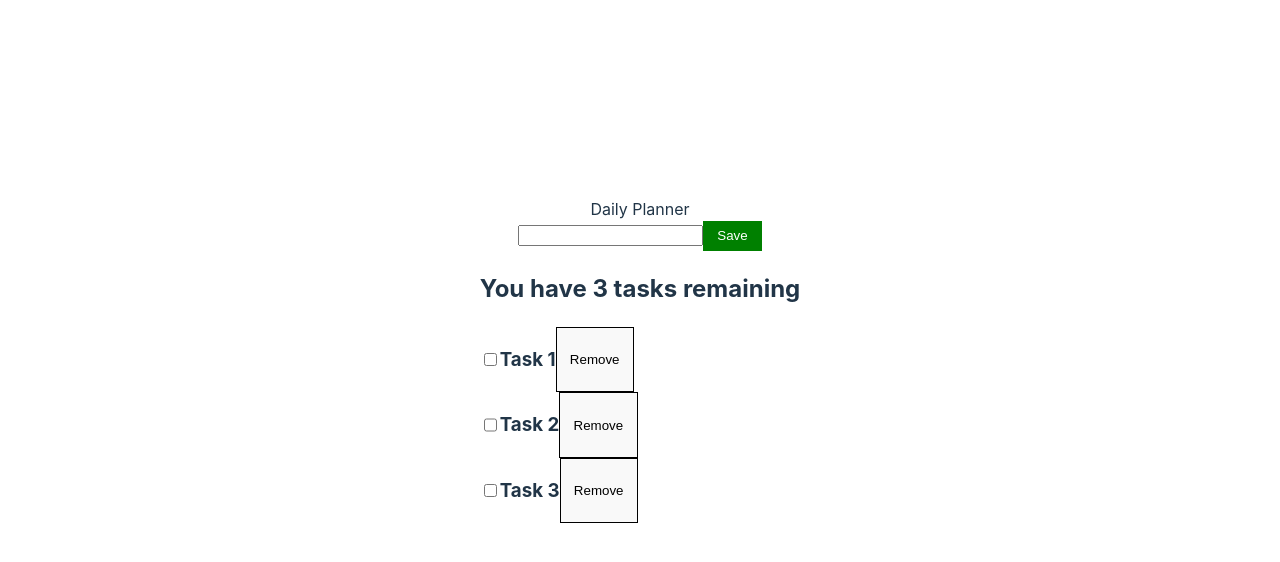
Repository: SamanthaYan298/my_planner
Page: /
An editor plug-in stored every save of this project. The page is shown before and after the next save, followed by the edit.
The browser window is 1280 px wide. The pictures show the whole page.
The project was rebuilt for these pictures with package versions that can differ from the ones it lists, and the page was loaded fresh each time. Also part of the build but not shown: vite.config.js.

Above is the page before, as saved 2024-10-07 17:00:26.

### src/App.jsx
import { useState } from 'react'
import './App.css'

function App() {

  return (
    <>
      <header>Daily Planner</header>
      <form>
        <input
          type="text"
        />
        <button className='form-btn'>Save</button>
      </form>
      <h2>You have 3 tasks remaining</h2>
      <div>
        <div className='task-list'>
          <input type="checkbox" />
          <h3>Task 1</h3>
          <button className='task-btn'>Remove</button>
        </div>

        <div className='task-list'>
          <input type="checkbox" />
          <h3>Task 2</h3>
          <button className='task-btn'>Remove</button>
        </div>

        <div className='task-list'>
          <input type="checkbox" />
          <h3>Task 3</h3>
          <button className='task-btn'>Remove</button>
        </div>
      </div>
    </>
  )
}

export default App

### src/index.css
:root {
  font-family: Inter, system-ui, Avenir, Helvetica, Arial, sans-serif;
  line-height: 1.5;
  font-weight: 400;

  color-scheme: light dark;
  color: rgba(255, 255, 255, 0.87);
  background-color: #242424;

  font-synthesis: none;
  text-rendering: optimizeLegibility;
  -webkit-font-smoothing: antialiased;
  -moz-osx-font-smoothing: grayscale;
}

a {
  font-weight: 500;
  color: #646cff;
  text-decoration: inherit;
}
a:hover {
  color: #535bf2;
}

body {
  margin: 0;
  display: flex;
  place-items: center;
  min-width: 320px;
  min-height: 100vh;
}

h1 {
  font-size: 3.2em;
  line-height: 1.1;
}

/* button {
  border-radius: 8px;
  border: 1px solid transparent;
  padding: 0.6em 1.2em;
  font-size: 1em;
  font-weight: 500;
  font-family: inherit;
  background-color: #1a1a1a;
  cursor: pointer;
  transition: border-color 0.25s;
}
button:hover {
  border-color: #646cff;
}
button:focus,
button:focus-visible {
  outline: 4px auto -webkit-focus-ring-color;
} */

@media (prefers-color-scheme: light) {
  :root {
    color: #213547;
    background-color: #ffffff;
  }
  a:hover {
    color: #747bff;
  }
  button {
    background-color: #f9f9f9;
  }
}

### src/App.css
#root {
  max-width: 1280px;
  margin: 0 auto;
  padding: 2rem;
  text-align: center;
}

.task-list {
  display: flex;
  flex-direction: row;
}

.form-btn {
  background-color: green;
  border: 1px solid green;
  color: white;
  padding: 0.5em 1em;
}

.task-btn {
  padding: 0.5em 1em;
  border: 1px solid;
}

Loaded but not shown: index.html (common file); src/main.jsx (common file)

After the next save:
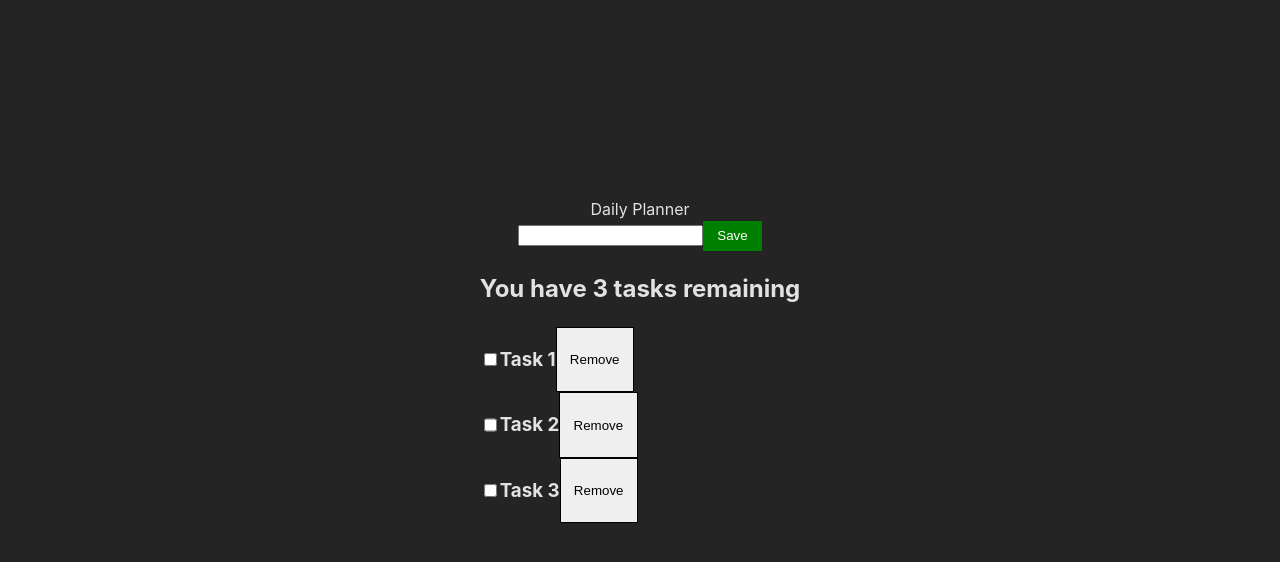
Saved 21 s later.
--- a/src/index.css
+++ b/src/index.css
@@ -54,7 +54,7 @@ button:focus-visible {
   outline: 4px auto -webkit-focus-ring-color;
 } */
 
-@media (prefers-color-scheme: light) {
+/* @media (prefers-color-scheme: light) {
   :root {
     color: #213547;
     background-color: #ffffff;
@@ -65,4 +65,4 @@ button:focus-visible {
   button {
     background-color: #f9f9f9;
   }
-}
+} */

After the save that followed:
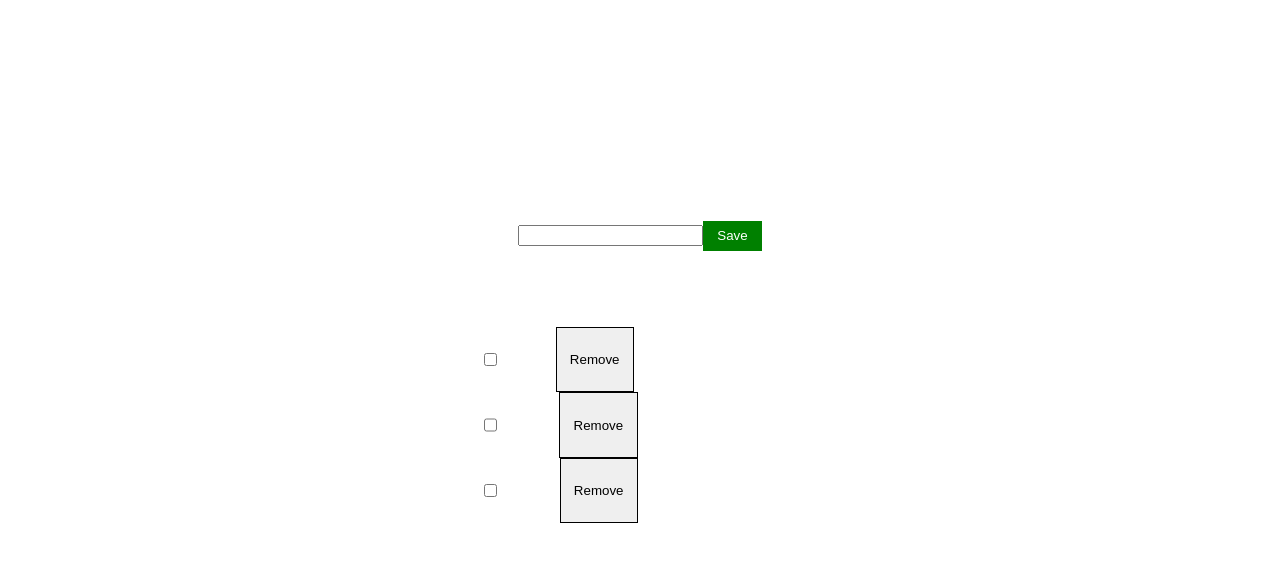
Saved 13 s later.
--- a/src/index.css
+++ b/src/index.css
@@ -5,7 +5,7 @@
 
   color-scheme: light dark;
   color: rgba(255, 255, 255, 0.87);
-  background-color: #242424;
+  background-color: white;
 
   font-synthesis: none;
   text-rendering: optimizeLegibility;
